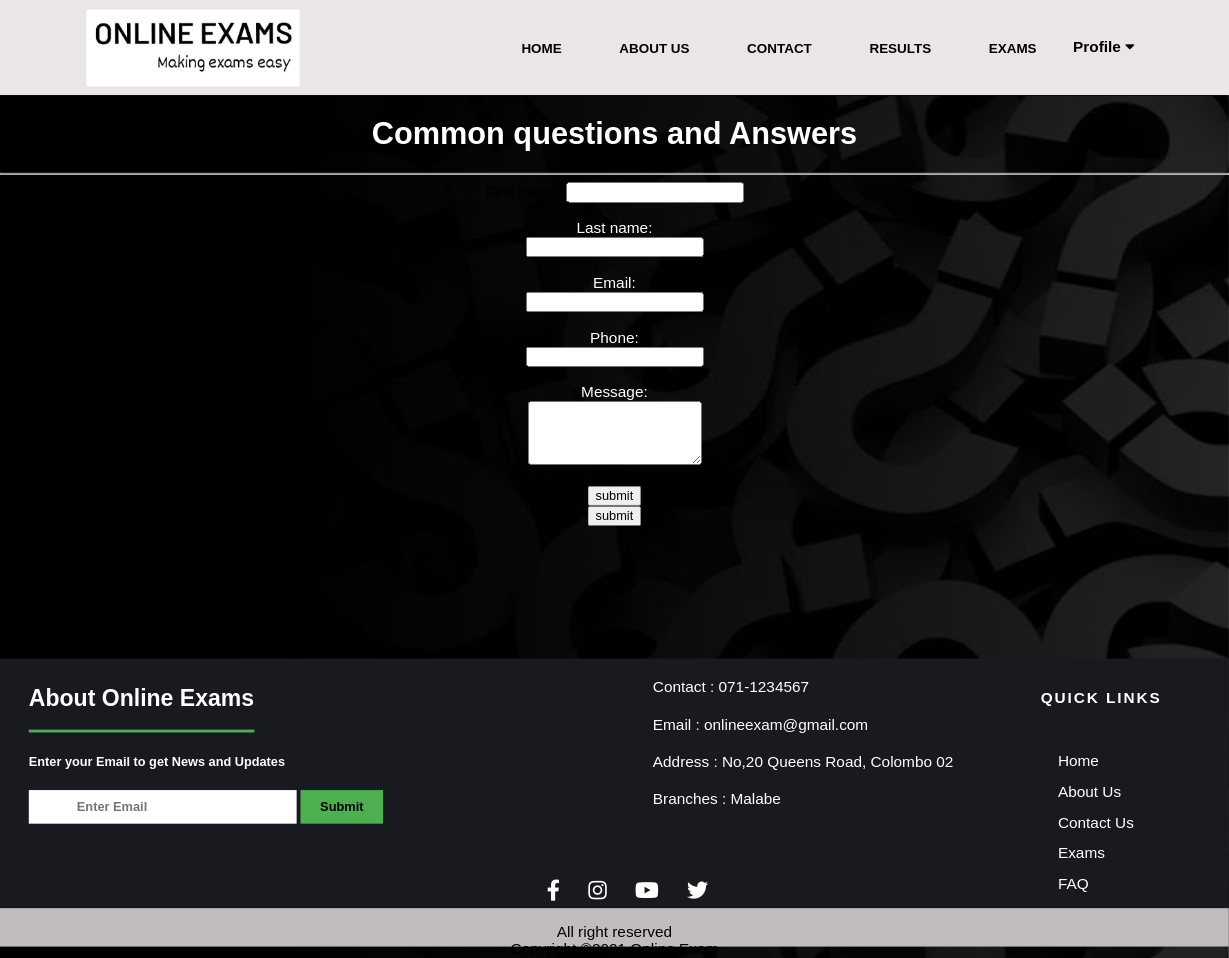
Repository: Isurinda-Shamika/online-exam
Page: http://localhost/online_exam/faq.jsp
These files come from the project's save history. The page is drawn as it stood at one moment and after the next save; the edit follows.
The browser window is 1280 px wide. The pictures show the whole page, at 96% of full size.
Some web libraries are served in a nearby version. The page is served by Tomcat 9. Nobody is signed in. The application's start-up code is not run.

Above is the page before, as saved 2022-11-09 09:35:42.

After the next save:
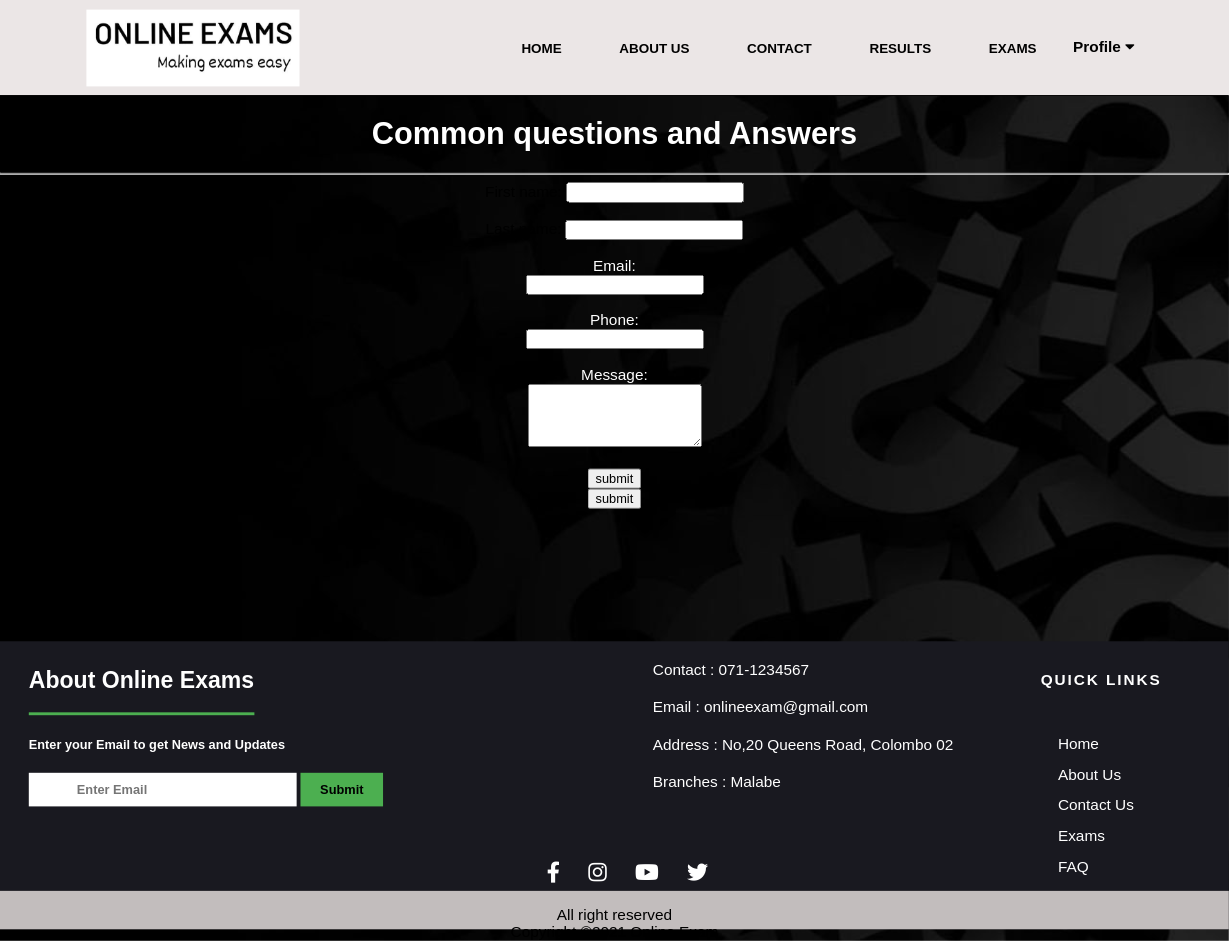
Saved 20 s later.
--- a/online exam/src/main/webapp/faq.jsp
+++ b/online exam/src/main/webapp/faq.jsp
@@ -50,9 +50,9 @@
 
     <form>
 
-
-               First name: <input type="text" name="fname" required><br><br>
-                <font color="white">Last name:</font><br>
+                First name:
+                <input type="text" name="fname" required><br><br>
+                Last name:
                 <input type="text"  name="lname"required><br><br>
                 <font color="white">Email:</font><br>
                 <input type="text" name="email" required><br><br>
